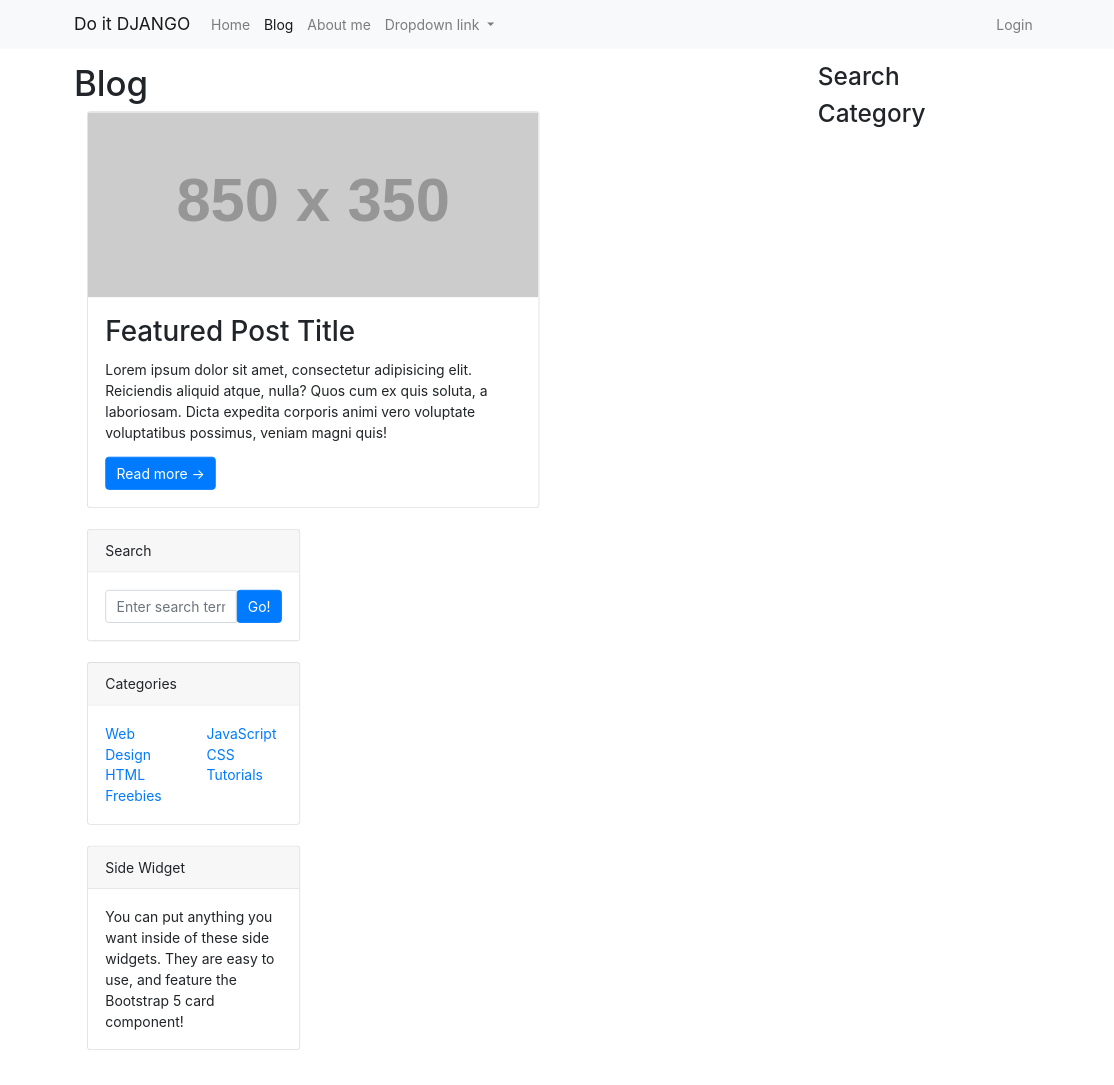
Repository: lwygold/do_it_ft
Page: blog_list.html
An editor plug-in stored every save of this project. The page is shown before and after the next save, followed by the edit.
The browser window is 1280 px wide. The pictures show the whole page, at 87% of full size.

Above is the page before, as saved 2021-08-11 21:24:01.

After the next save:
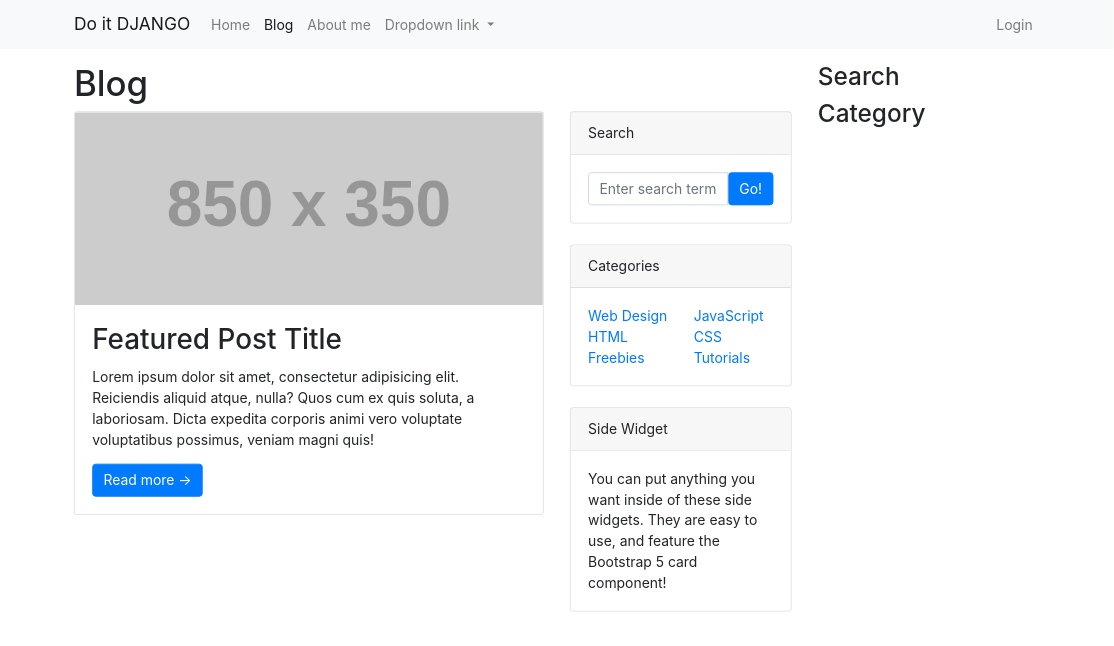
Saved 18 s later.
--- a/blog_list.html
+++ b/blog_list.html
@@ -1,5 +1,6 @@
 <!DOCTYPE html>
 <html lang="en">
+
 <head>
     <meta charset="UTF-8">
     <meta http-equiv="X-UA-Compatible" content="IE=edge">
@@ -9,6 +10,7 @@
     <link rel="stylesheet" href="./sub.css" type="text/css" />
     <title>About Me</title>
 </head>
+
 <body>
 
     <nav class="navbar navbar-expand-lg navbar-light bg-light">
@@ -57,54 +59,62 @@
             <div class="col-md-8 col-lg-9">
                 <h1>Blog</h1>
 
-                <div class="col-lg-8">
-                    <div class="card mb-4">
-                        <a href="#!"><img class="card-img-top" src="https://dummyimage.com/850x350/dee2e6/6c757d.jpg" alt="..."></a>
-                        <div class="card-body">
-                            <h2 class="card-title">Featured Post Title</h2>
-                            <p class="card-text">Lorem ipsum dolor sit amet, consectetur adipisicing elit. Reiciendis aliquid atque, nulla? Quos cum ex quis soluta, a laboriosam. Dicta expedita corporis animi vero voluptate voluptatibus possimus, veniam magni quis!</p>
-                            <a class="btn btn-primary" href="#!">Read more →</a>
-                        </div>
-                    </div>
-                </div>
+                <div class="row">
 
-                <div class="col-lg-4">
-                    <!-- Search widget-->
-                    <div class="card mb-4">
-                        <div class="card-header">Search</div>
-                        <div class="card-body">
-                            <div class="input-group">
-                                <input class="form-control" type="text" placeholder="Enter search term..." aria-label="Enter search term..." aria-describedby="button-search">
-                                <button class="btn btn-primary" id="button-search" type="button">Go!</button>
+                    <div class="col-lg-8">
+                        <div class="card mb-4">
+                            <a href="#!"><img class="card-img-top"
+                                    src="https://dummyimage.com/850x350/dee2e6/6c757d.jpg" alt="..."></a>
+                            <div class="card-body">
+                                <h2 class="card-title">Featured Post Title</h2>
+                                <p class="card-text">Lorem ipsum dolor sit amet, consectetur adipisicing elit.
+                                    Reiciendis aliquid atque, nulla? Quos cum ex quis soluta, a laboriosam. Dicta
+                                    expedita corporis animi vero voluptate voluptatibus possimus, veniam magni quis!</p>
+                                <a class="btn btn-primary" href="#!">Read more →</a>
                             </div>
                         </div>
                     </div>
-                    <!-- Categories widget-->
-                    <div class="card mb-4">
-                        <div class="card-header">Categories</div>
-                        <div class="card-body">
-                            <div class="row">
-                                <div class="col-sm-6">
-                                    <ul class="list-unstyled mb-0">
-                                        <li><a href="#!">Web Design</a></li>
-                                        <li><a href="#!">HTML</a></li>
-                                        <li><a href="#!">Freebies</a></li>
-                                    </ul>
-                                </div>
-                                <div class="col-sm-6">
-                                    <ul class="list-unstyled mb-0">
-                                        <li><a href="#!">JavaScript</a></li>
-                                        <li><a href="#!">CSS</a></li>
-                                        <li><a href="#!">Tutorials</a></li>
-                                    </ul>
+
+                    <div class="col-lg-4">
+                        <!-- Search widget-->
+                        <div class="card mb-4">
+                            <div class="card-header">Search</div>
+                            <div class="card-body">
+                                <div class="input-group">
+                                    <input class="form-control" type="text" placeholder="Enter search term..."
+                                        aria-label="Enter search term..." aria-describedby="button-search">
+                                    <button class="btn btn-primary" id="button-search" type="button">Go!</button>
                                 </div>
                             </div>
                         </div>
-                    </div>
-                    <!-- Side widget-->
-                    <div class="card mb-4">
-                        <div class="card-header">Side Widget</div>
-                        <div class="card-body">You can put anything you want inside of these side widgets. They are easy to use, and feature the Bootstrap 5 card component!</div>
+                        <!-- Categories widget-->
+                        <div class="card mb-4">
+                            <div class="card-header">Categories</div>
+                            <div class="card-body">
+                                <div class="row">
+                                    <div class="col-sm-6">
+                                        <ul class="list-unstyled mb-0">
+                                            <li><a href="#!">Web Design</a></li>
+                                            <li><a href="#!">HTML</a></li>
+                                            <li><a href="#!">Freebies</a></li>
+                                        </ul>
+                                    </div>
+                                    <div class="col-sm-6">
+                                        <ul class="list-unstyled mb-0">
+                                            <li><a href="#!">JavaScript</a></li>
+                                            <li><a href="#!">CSS</a></li>
+                                            <li><a href="#!">Tutorials</a></li>
+                                        </ul>
+                                    </div>
+                                </div>
+                            </div>
+                        </div>
+                        <!-- Side widget-->
+                        <div class="card mb-4">
+                            <div class="card-header">Side Widget</div>
+                            <div class="card-body">You can put anything you want inside of these side widgets. They are
+                                easy to use, and feature the Bootstrap 5 card component!</div>
+                        </div>
                     </div>
                 </div>
 
@@ -125,4 +135,5 @@
         crossorigin="anonymous"></script>
 
 </body>
+
 </html>
